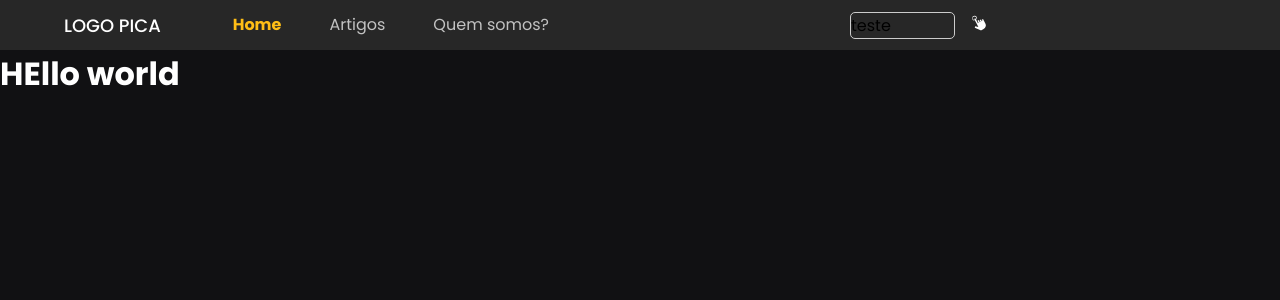
Repository: ArthurHendrich/Inepto
Page: /
These files come from the project's save history. The page is drawn as it stood at one moment and after the next save; the edit follows.
The browser window is 1280 px wide. The pictures show the whole page.
The project was rebuilt for these pictures with package versions that can differ from the ones it lists, and the page was loaded fresh each time. The framework's server and built-in components were replaced by stand-ins that run in the browser. Also part of the build but not shown: next.config.js.

Above is the page before, as saved 2022-07-06 19:09:37.

### src/pages/_app.tsx
import { AppProps } from "next/app";
import { Header } from "../components/header";

import '../styles/global.scss';

function MyApp({ Component, pageProps }: AppProps) {
  return (
    <>
    <Header />
    <Component {...pageProps} />
    </>
  );
}

export default MyApp;

### src/pages/_document.tsx
import Document, { Html, Head, Main, NextScript } from "next/document";

export default class MyDocument extends Document {
  render() {
    return (
      <Html>
        <Head>
          <link rel="preconnect" href="https://fonts.googleapis.com" />
          <link
            href="https://fonts.googleapis.com/css2?family=Poppins:wght@400;500;700;900&display=swap"
            rel="stylesheet"
          />
          <link rel="shortcut icon" href="favicon.png" type="image/png" />
        </Head>
        <body>
          <Main />
          <NextScript />
        </body>
      </Html>
    );
  }
}

### src/pages/index.tsx
import Head from 'next/head';

import styles from '../styles/home.module.scss';

export default function Home() {

  return (
    <>
    <Head>
      <title>Direito Inepto</title>
    </Head>


    <main>
      <h1>HEllo world</h1>
    </main>

    </>
  )
}

### src/components/header/index.tsx
import styles from './styles.module.scss';
import { GiClick } from 'react-icons/gi';
import { ActiveLink } from '../ActiveLink';
import Image from 'next/image';


export function Header() {
  return(
    <header className={styles.headerContainer}>
      <div className={styles.headerContent}>

        <div className={styles.headerItens}>
          <div className={styles.headerLogo}>
            <ActiveLink href="/" activeClassName={styles.active}>
              <a>LOGO PICA</a>
            </ActiveLink>
          </div>

          <nav>
          <ActiveLink href="/" activeClassName={styles.active}>
            <a>Home</a>
          </ActiveLink>

          <ActiveLink href="/posts" activeClassName={styles.active}>
            <a>Artigos</a>
          </ActiveLink>

          <ActiveLink href="/sobre" activeClassName={styles.active}>
            <a>Quem somos?</a>
          </ActiveLink>
        </nav>
        </div>

        <div className={styles.headerSearch}>
          <input type="text" value='teste' placeholder='procure...' />
          <GiClick className={styles.headerSearchIcon} />
        </div>
      </div>
    </header>
  )
}

### src/styles/global.scss
* {
  margin: 0;
  padding: 0;
  box-sizing: border-box;
}

:root {
  --white: #FFF;

  --gray-100: #C2C2C2;
  --gray-200: #CCCCCC;
  --gray-500: #272727;
  --gray-900: #111113;

  --blue-200: #3C7198;
  --blue-500: #82B4FF;
  --blue-900: #95D2FF;

  --purple-header: #2F1C6A;
  --purple-content: #492E9E;

  --yellow-500: #FFBE16;
}

@media (max-width: 1080px) {
  html {
    font-size: 93.75%;
  }
}

@media (max-width: 720px) {
  html {
    font-size: 87.5%;
  }
}

body{
  background: var(--gray-900);
  color: var(--white);
}

body, input, textarea, select, button {
  font: 400 1rem 'Poppins', sans-serif;
}

button {
  cursor: pointer;
}

a {
  color: inherit;
  text-decoration: none;
}

### src/components/header/styles.module.scss
.headerContainer {
  height: 3.125rem;
  background: var(--gray-500);
  color: var(--white);

}


.headerContent {
  height: 3.125rem;
  margin: 0 auto;
  display: flex;
  padding: 0 4rem;
  align-items: center;
  justify-content: space-between;

  .headerItens {
    display: flex;
    align-items: center;
    justify-content: space-between;

    .headerLogo {
      margin-right: 4rem;
      font-size: 1.125rem;
      font-weight: 500;
    }

    nav {
      height: 6rem;

      a {
        display: inline-block;
        position: relative;
        padding: 0 0.5rem;
        height: 6rem;
        line-height: 6rem;
        color: var(--gray-100);
        transition: color 0.2s;

        & + a {
          margin-left: 2rem;
        }

        &:hover {
          color: var(--white);
        }

        &.active{
          color: var(--yellow-500);
          font-weight: bold;
        }
      }
    }
  }

  .headerSearch {
    padding: 0 1rem;

    input {
      margin-right: 1rem;
      border: 1px solid var(--gray-200);
      border-radius: 5px;
      background: transparent;
      width: 30%;
    }
  }
}

### src/components/ActiveLink/index.tsx
import Link, { LinkProps } from "next/link";
import { useRouter } from "next/router";
import { cloneElement, ReactElement } from "react";

interface ActiveLinkProps extends LinkProps {
  children: ReactElement;
  activeClassName: string;
}

export function ActiveLink ({ children, activeClassName, ...rest }: ActiveLinkProps) {
  const { asPath } = useRouter();

  const className = asPath === rest.href ? activeClassName : '';


  return (
    <Link {...rest}>
      {cloneElement(children, { className })}
    </Link>
  )
}

After the next save:
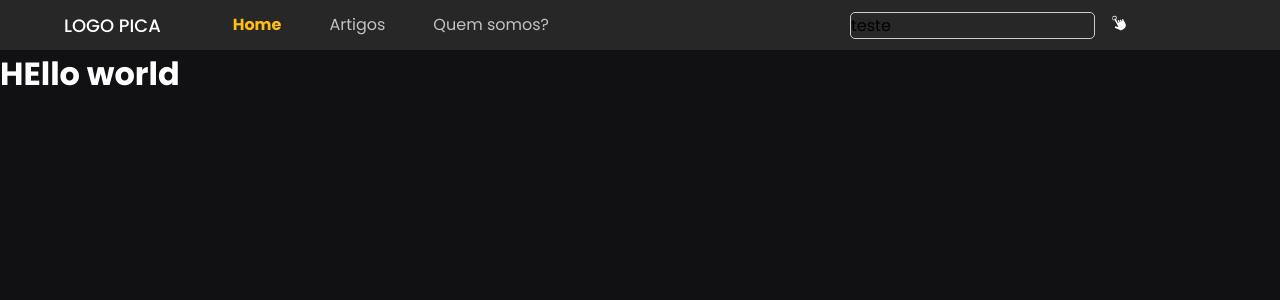
Saved 6 s later.
--- a/src/components/header/styles.module.scss
+++ b/src/components/header/styles.module.scss
@@ -61,7 +61,7 @@
       border: 1px solid var(--gray-200);
       border-radius: 5px;
       background: transparent;
-      width: 30%;
+      width: 70%;
     }
   }
 }
